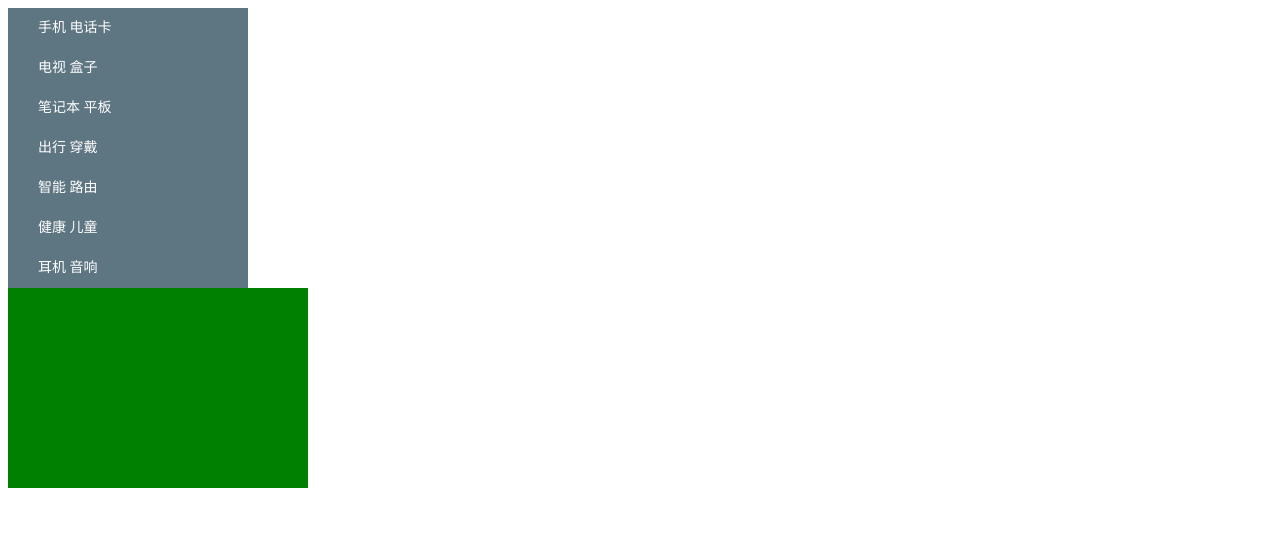
Repository: TheBestBadGuy0228/code
Page: 侧边栏案例.html
These files come from the project's save history. The page is drawn as it stood at one moment and after the next save; the edit follows.
The browser window is 1280 px wide. The pictures show the whole page.

Above is the page before, as saved 2021-11-26 11:07:03.

### 侧边栏案例.html
<!-- /*
* @Author: Xiao
* @Date: 2021-11-15 16:30:27
* @Last Modified by: Xiao
* @Last Modified time: 2021-11-15 16:33:07
*/ -->
<!DOCTYPE html>
<html lang="zh_CN">
<head>
    <meta charset="UTF-8">
    <meta http-equiv="X-UA-Compatible" content="IE=edge">
    <meta name="viewport" content="width=device-width, initial-scale=1.0">
    <title>侧边栏案例</title>
    <style>
        a {
            text-decoration: none;
            width: 210px;
            height: 40px;
            display: block;
            color: #fff;
            background: rgb(94, 117, 130);
            /* text-indent: 2em; */
            /* 使用padding-left 为内容添加左边内框距(盒子的大小会改变) */
            padding-left: 30px;
            font-size: 14px;
            /* 只要文字的行高和盒子的高度相等文字即可垂直居中 */
            line-height: 40px;

        }

        /* 如何盒子本身没有指定width/height属性，则此时padding不会撑开盒子大小. */
        div {
            width: 300px;
            height: 200px;
            background-color: green;
        }

        a:hover {
            background-color: rgb(255, 90, 30);
        }
    </style>
</head>
<body>
    <a href="#">手机 电话卡 </a>
    <a href="#">电视 盒子 </a>
    <a href="#">笔记本 平板 </a>
    <a href="#">出行 穿戴</a>
    <a href="#">智能 路由</a>
    <a href="#">健康 儿童</a>
    <a href="#">耳机 音响</a>

    <div>

    </div>
</body>
</html>

After the next save:
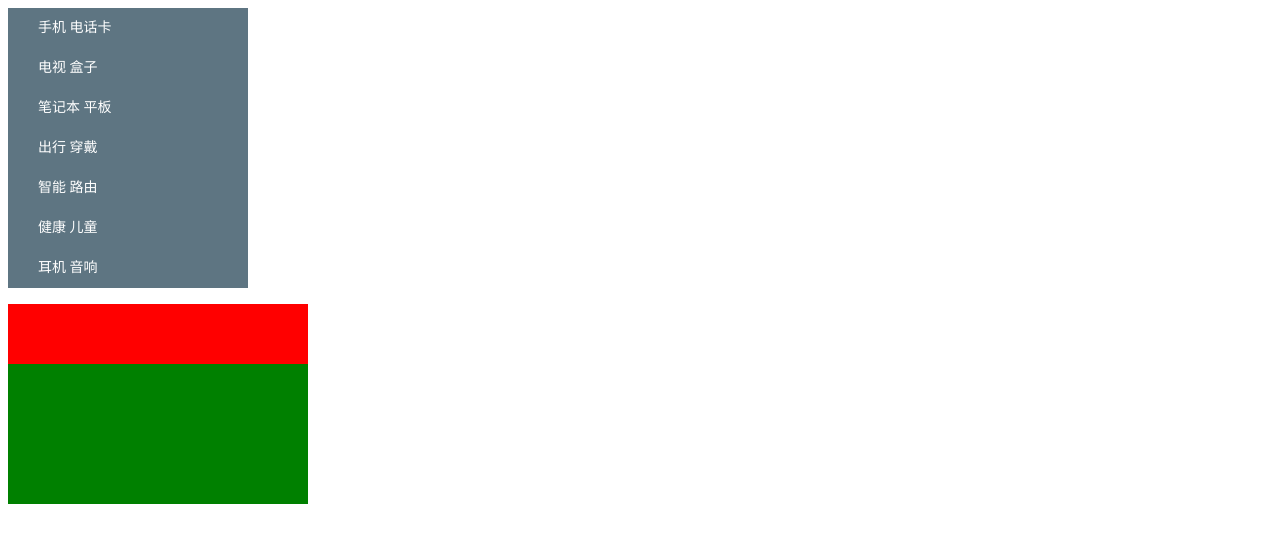
Saved 85 s later.
--- a/侧边栏案例.html
+++ b/侧边栏案例.html
@@ -28,6 +28,10 @@
 
         }
 
+        a:hover {
+            background-color: rgb(255, 90, 30);
+        }
+
         /* 如何盒子本身没有指定width/height属性，则此时padding不会撑开盒子大小. */
         div {
             width: 300px;
@@ -35,8 +39,9 @@
             background-color: green;
         }
 
-        a:hover {
-            background-color: rgb(255, 90, 30);
+        div p {
+            padding: 30px;
+            background-color: red;
         }
     </style>
 </head>
@@ -50,7 +55,7 @@
     <a href="#">耳机 音响</a>
 
     <div>
-
+        <p></p>
     </div>
 </body>
 </html>
